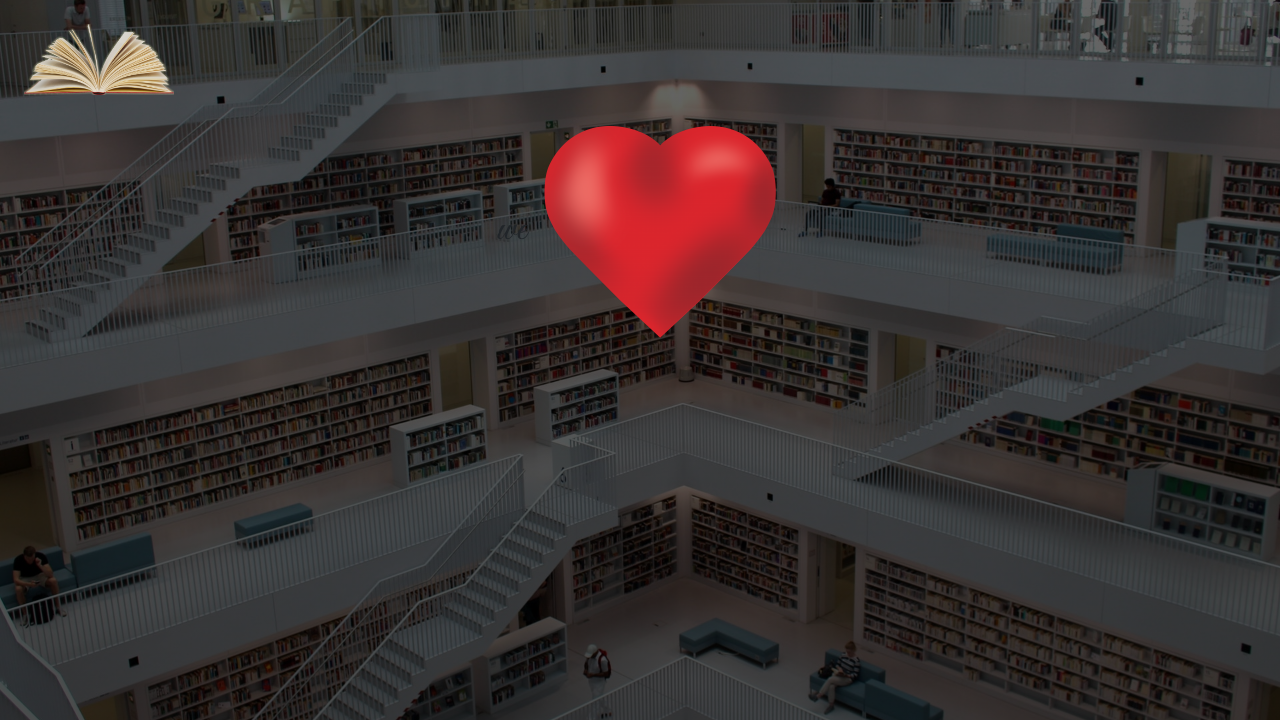
Repository: imedakrouti/BookStore
Page: index.html
The author's editor kept a copy of each file at every save. The page is drawn from the files as they stood at one save, then again after the next save.
The browser window is 1280 px wide. The pictures show the whole page.
Backgrounds fixed to the window are drawn as part of the page. Some web libraries are served in a nearby version.

Above is the page before, as saved 2020-05-05 15:36:05.

After the next save:
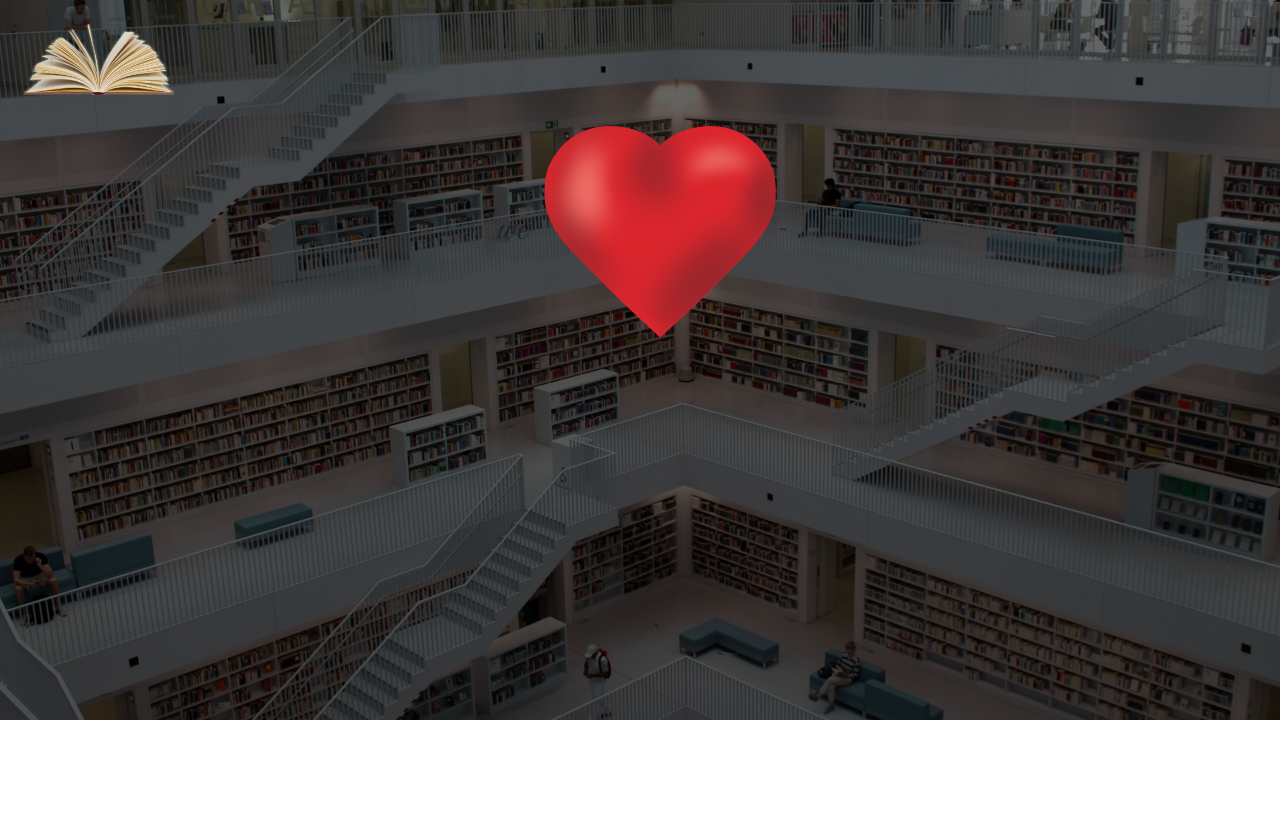
Saved 36 s later.
--- a/styles/styles.css
+++ b/styles/styles.css
@@ -15,3 +15,7 @@ header{
     height: 100vh;
     background:linear-gradient(rgba(0,0,0,0.6),rgba(0,0,0,0.7)),url('../images/img/header-bg.jpeg')no-repeat fixed center /cover;
 }
+.hero{
+    height: 100%;
+    display: flex;
+}
